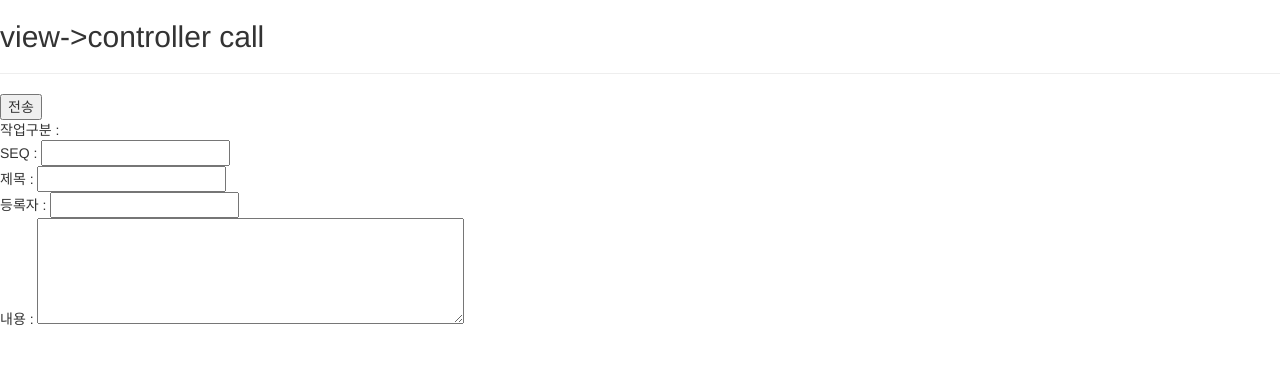
Repository: dongseon-git/WEB_JSP
Page: http://localhost/studyhtml5/board/board_reg.jsp
The author's editor kept a copy of each file at every save. The page is drawn from the files as they stood at one save, then again after the next save.
The browser window is 1280 px wide. The pictures show the whole page.
The page is served by Tomcat 9. Nobody is signed in. The application's start-up code is not run. Other server files are loaded and not shown.

Above is the page before, as saved 2022-05-24 05:29:22.

### workspace/studyhtml5/WebContent/board/board_reg.jsp
<%@ page language="java" contentType="text/html; charset=UTF-8"
    pageEncoding="UTF-8"%>
    <!-- JSTL Core -->
<%@ taglib prefix="c" uri="http://java.sun.com/jsp/jstl/core" %>
<%@ taglib prefix="fmt" uri="http://java.sun.com/jsp/jstl/fmt"%>
<%@ taglib prefix="fn" uri="http://java.sun.com/jsp/jstl/functions" %>
    <%@include file = "/com/common.jsp" %>
    <%
    LOG.debug("contPath:" +contPath);
    %>
<!DOCTYPE html>
<html>
<head>
<meta name="viewport" content="width=device-width,initial-scale=1.0">
<meta charset="UTF-8">
<link rel="shortcut icon" type="image/x-icon" href="<%=contPath %>/favicon.ico">

<!--reset 스타일 시트 -->
<!-- link rel="stylesheet" type="text/css" href="<%=contPath %>/asset/css/reset.css" -->
<link rel="stylesheet"  type="text/css" href="<%=contPath %>/asset/css/jQuery-ui.css">
<link rel="stylesheet" href="https://maxcdn.bootstrapcdn.com/bootstrap/3.3.2/css/bootstrap.min.css">
<!-- 부가적인 테마 -->
<link rel="stylesheet" href="https://maxcdn.bootstrapcdn.com/bootstrap/3.3.2/css/bootstrap-theme.min.css">
<link rel="stylesheet"  type="text/css" href="<%=contPath %>/asset/css/jQuery-ui.css">
<!--스타일 시트 -->
<style type="text/css">
</style>
<title>Insert title here</title>
<!-- jquery -->
<script type="text/javascript" src="<%=contPath %>/asset/js/jquery-1.12.4.js"></script>
<!-- jQuery UI -->
<script type="text/javascript" src="<%=contPath %>/asset/js/jQuery-ui.js"></script>
<script src="https://maxcdn.bootstrapcdn.com/bootstrap/3.3.2/js/bootstrap.min.js"></script>
<script type="text/javascript" src="<%=contPath %>/asset/js/common.js"></script>
</head>
<body>
<h2>view->controller call</h2>
<hr/>
<div>
    <input type="button" value="전송" onclick="doSave();">
    </div>
    <form action="<%=contPath %>/board/board.do" name="boardFrm" id="boardFrm">
         작업구분 : <input type="hidden" name="work_div" id="work_div" value="doSave"><br>
      SEQ : <input type="text" name="seq" id="seq"><br>
         제목 : <input type="text" name="title" id="title" maxlength="200"><br>
         등록자 : <input type="text" name="reg_id" id="reg_id"><br>
         내용 : <textarea rows="5" cols="50" name="contents" id="contents"></textarea><br>
    </form>

    <script type="text/javascript">
$(document).ready(function(){
    console.log(`document ready`);
});
function doSave(){
    console.log(`doSave()`);
    let frm = document.getElementById("boardFrm");

    let seq = $('#seq').val();
    if(null === seq || seq.trim().length == 0){
        $('#seq').focus();
        alert('순번을 입력하세요.');
        return false;
    }
    //제목
    let title = frm.title.value;
    console.log('title:'+title);
    if(null ===title || title.trim().length==0){
    $('#title').focus();
    alert('제목을 입력하세요.');
    return false;
    }
    let regId = $('#reg_id').val();
    if(null === regId || regId.trim().length == 0){
    	$('#reg_id').focus();
    	alert('등록자 id를 입력하세요.');
    	return;
    }
    let contents = $('#contents').val();
    if(null === contents || contents.trim().length == 0){
        $('#contents').focus();
        alert('내용을 입력하세요.');
        return;
    }
    if(false == confirm('저장하시겠습니까?'))return;
    //javascript form submit
    //frm.submit();
    //ajax
    $.ajax({
        type: "POST",
        url:"/studyhtml5/board/board.do",
        asyn:"true",
        dataType:"html",
        data:{
        	//변수:
            work_div:$('#work_div').val(),
            seq:seq,
            title:title,
            reg_id:regId,
            contents:contents

        },
        success:function(data){//통신 성공
            //console.log("success data:"+data);
            //문자열
        // 문자열 ->json 으로 변환
        const jsonObj = JSON.parse(data);
        console.log('jsonObj:'+ jsonObj.messageId);
        console.log('msgContents:'+jsonObj.msgContents);

        const listURLTest = "<%=contPath%>/studyhtml5/board/board_list.jsp";
        console.log('listURLTest:'+listURLTest);
        if(null !=jsonObj && jsonObj.messageId=='1'){//등록 성공
            alert(jsonObj.msgContents);
            //board_list.jsp 이동
            //javascript 코드 내에서도 자바코드
        	const listURL = "/studyhtml5/board/board.do?work_div=doRetrieve";
        	window.location.href = listURL;
        }else{//등록실패
        	alert(jsonObj.msgContents);
        }

        },
        error:function(data){//실패시 처리
            console.log("error:"+data);
        }
    });
}
</script>
</body>
</html>

### workspace/studyhtml5/WebContent/com/common.jsp
<%@page import="org.apache.log4j.Logger"%>
<%@ page language="java" contentType="text/html; charset=UTF-8"
    pageEncoding="UTF-8"%>
<%
//context path
String contPath = request.getContextPath();
Logger LOG = Logger.getLogger(this.getClass());

//http 1.1에서 지원하는 헤더: 웹브라우저가 응답결과를 캐시하지 않음
response.setHeader("Cache-Control", "no-cache");

//웹브라우저가 응답결과를 캐시하지 않음(앞/뒤로 가기 no-cache)
response.setHeader("Cache-Control","no-store");

//http 1.0에서 지원하는 헤더: 웹 브라우저가 응답결과를 캐시하지 않음
response.setHeader("Pragma","no-cache");

//http 1.0에서 현재시간 이전으로 캐시하지 않음
response.setHeader("Expires","1L");
%>

### workspace/studyhtml5/WebContent/asset/js/common.js
'use strict';

let isEmpty = function(value){
    if(null == value || value == "" || "null" == value || value == undefined){
        return true;
    }else{
        return false;
    }
    }

### workspace/studyhtml5/WebContent/asset/css/reset.css
@charset "UTF-8";
/* http://meyerweb.com/eric/tools/css/reset/
   v2.0 | 20110126
   License: none (public domain)
*/

html, body, div, span, object, iframe,
h1, h2, h3, h4, h5, h6, p, blockquote, pre,
a, abbr, acronym, address, big, cite, code,
del, dfn, em, img, ins, kbd, q, s, samp,
small, strike, strong, sub, sup, tt, var,
b, u, i, center,
dl, dt, dd, ol, ul, li,
fieldset, form, label, legend,
table, caption, tbody, tfoot, thead, tr, th, td,
article, aside, canvas, details, embed,
figure, figcaption, footer, header, hgroup,
menu, nav, output, ruby, section, summary,
time, mark, audio, video {
    margin: 5px;
    padding: 0;
    border: 0;
    font-size: 100%;
    font: inherit;
    vertical-align: baseline;
}
/* HTML5 display-role reset for older browsers */
article, aside, details, figcaption, figure,
footer, header, hgroup, menu, nav, section {
    display: block;
}
body {
    line-height: 1;
}
ol, ul {
    list-style: none;
}
blockquote, q {
    quotes: none;
}
blockquote:before, blockquote:after,
q:before, q:after {
    content: '';
    content: none;
}
table {
    border-collapse: collapse;
    border-spacing: 0;
}

Loaded but not shown: workspace/studyhtml5/WebContent/asset/css/jQuery-ui.css (library); workspace/studyhtml5/WebContent/asset/js/jquery-1.12.4.js (library); workspace/studyhtml5/WebContent/asset/js/jQuery-ui.js (library)

After the next save:
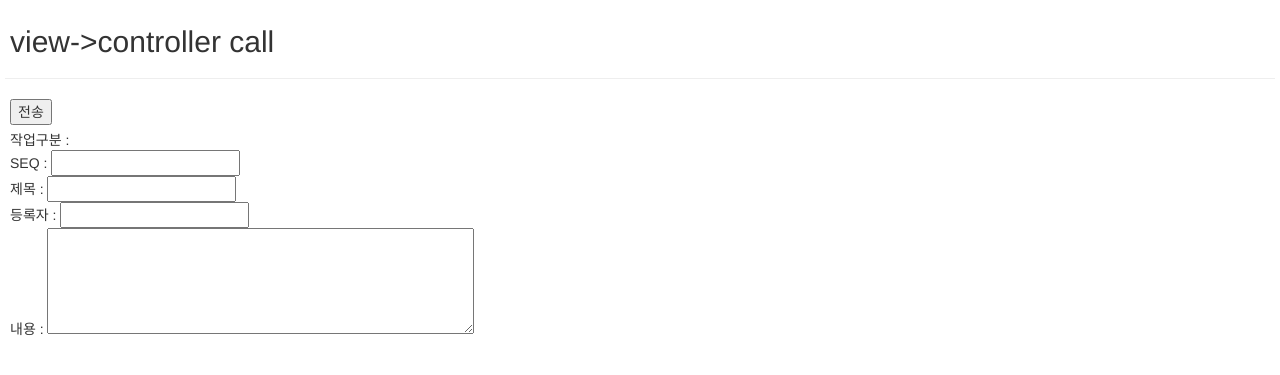
Saved 109 s later.
--- a/workspace/studyhtml5/WebContent/board/board_reg.jsp
+++ b/workspace/studyhtml5/WebContent/board/board_reg.jsp
@@ -16,7 +16,7 @@
 <link rel="shortcut icon" type="image/x-icon" href="<%=contPath %>/favicon.ico">
 
 <!--reset 스타일 시트 -->
-<!-- link rel="stylesheet" type="text/css" href="<%=contPath %>/asset/css/reset.css" -->
+<link rel="stylesheet" type="text/css" href="<%=contPath %>/asset/css/reset.css" >
 <link rel="stylesheet"  type="text/css" href="<%=contPath %>/asset/css/jQuery-ui.css">
 <link rel="stylesheet" href="https://maxcdn.bootstrapcdn.com/bootstrap/3.3.2/css/bootstrap.min.css">
 <!-- 부가적인 테마 -->
